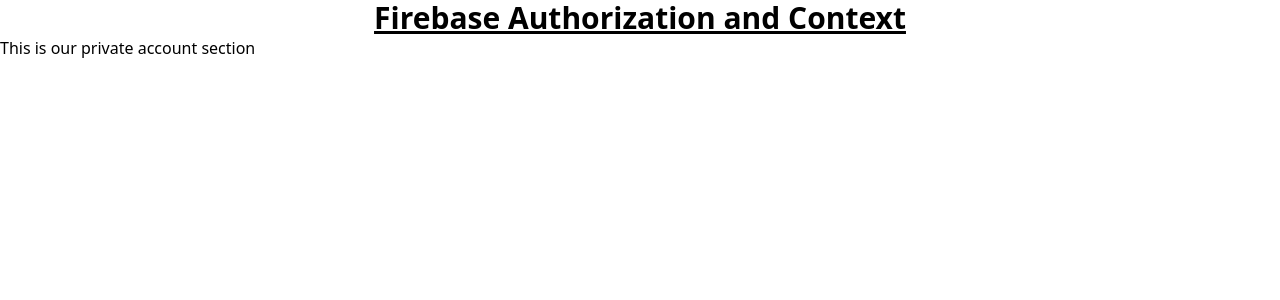
Repository: mottad14/practice_google_firebase
Page: /account
An editor plug-in stored every save of this project. The page is shown before and after the next save, followed by the edit.
The browser window is 1280 px wide. The pictures show the whole page.
The project was rebuilt for these pictures with package versions that can differ from the ones it lists, and the page was loaded fresh each time. Also part of the build but not shown: src/components/Signin.jsx, src/components/Signup.jsx.

Above is the page before, as saved 2022-07-27 09:33:57.

After the next save:
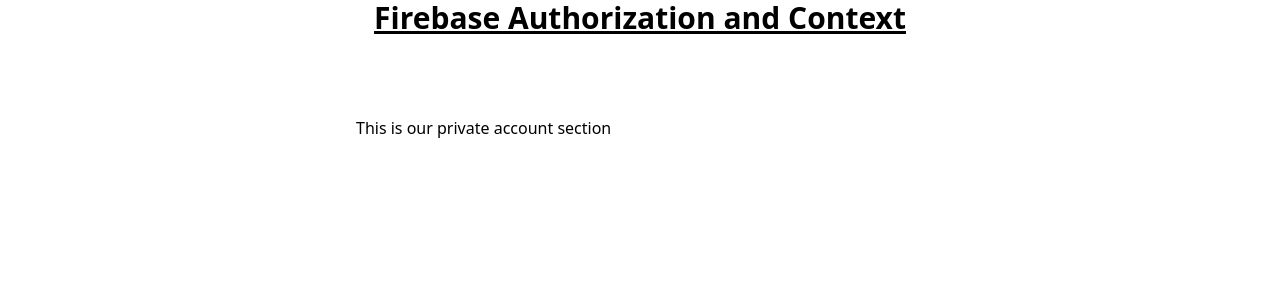
Saved 52 s later.
--- a/src/components/Account.jsx
+++ b/src/components/Account.jsx
@@ -2,7 +2,7 @@
 
 const Account = () => {
   return (
-    <div>This is our private account section</div>
+    <div className='max-w-[600px] mx-auto my-16 p-4'>This is our private account section</div>
   )
 }
 
